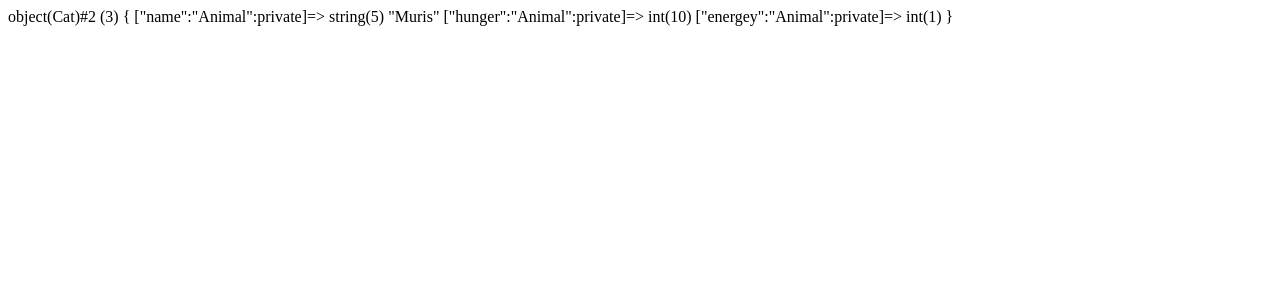
Repository: janismozgis-rcs/gurpa_5_test
Page: http://localhost/
The author's editor kept a copy of each file at every save. The page is drawn from the files as they stood at one save, then again after the next save.
The browser window is 1280 px wide. The pictures show the whole page.
The page is run by PHP 8.4 with error messages shown; the project is at /var/www/html/.

Above is the page before, as saved 2018-06-18 20:03:02.

After the next save:
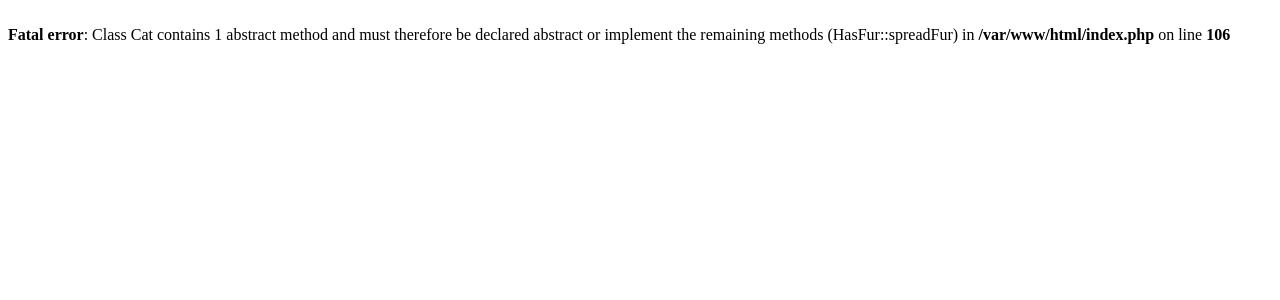
Saved 3 min 46 s later.
--- a/index.php
+++ b/index.php
@@ -98,7 +98,12 @@
 
 }
 
-class Cat extends Animal
+interface HasFur
+{
+    public function spreadFur();
+}
+
+class Cat extends Animal implements HasFur
 {
 
 }

After the save that followed:
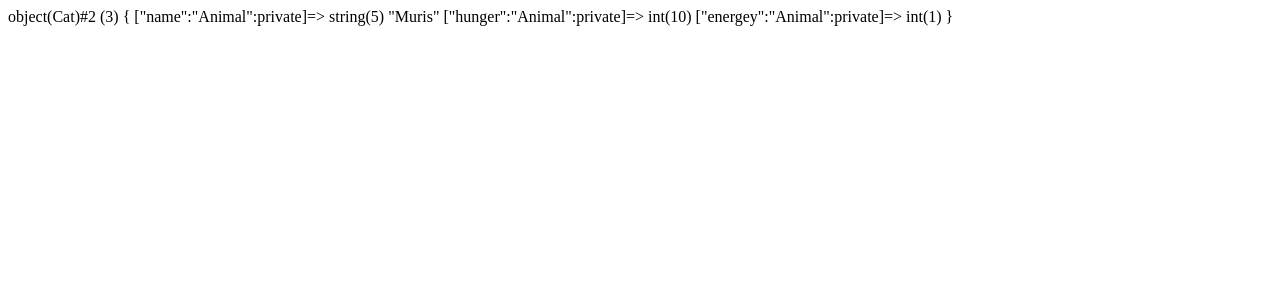
Saved 24 s later.
--- a/index.php
+++ b/index.php
@@ -105,7 +105,9 @@
 
 class Cat extends Animal implements HasFur
 {
-
+    public function spreadFur() {
+        // some stuff
+    }
 }
 
 $cat1 = new Cat('Muris');
